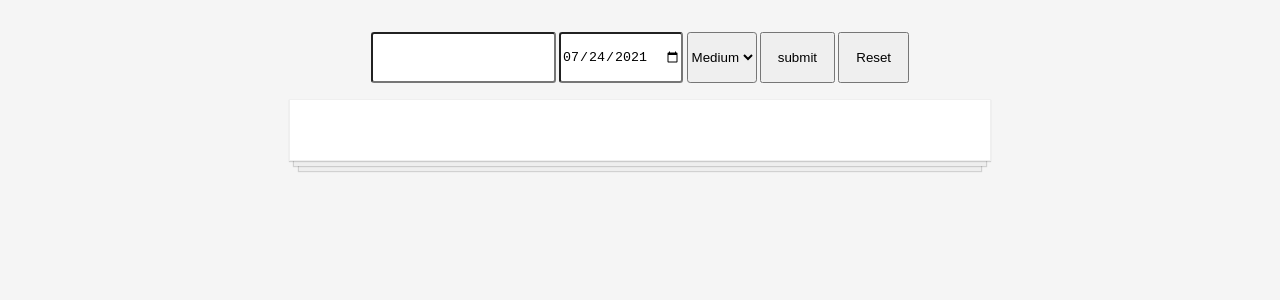
Repository: 0101chaitanya/react-todo
Page: /
The author's editor kept a copy of each file at every save. The page is drawn from the files as they stood at one save, then again after the next save.
The browser window is 1280 px wide. The pictures show the whole page.
The project was rebuilt for these pictures with package versions that can differ from the ones it lists, and the page was loaded fresh each time. Also part of the build but not shown: src/components/TodoItem.js.

Above is the page before, as saved 2021-07-24 16:38:02.

After the next save:
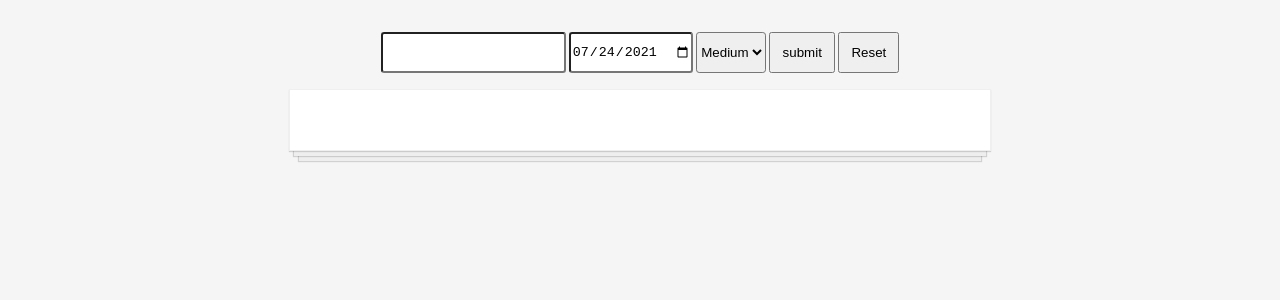
Saved 8 s later.
--- a/src/App.css
+++ b/src/App.css
@@ -57,5 +57,5 @@ input[type="checkbox"]:focus {
 button,
 input[type="submit"],
 input[type="reset"] {
-  padding: 1rem;
+  padding: 0.7rem;
 }
